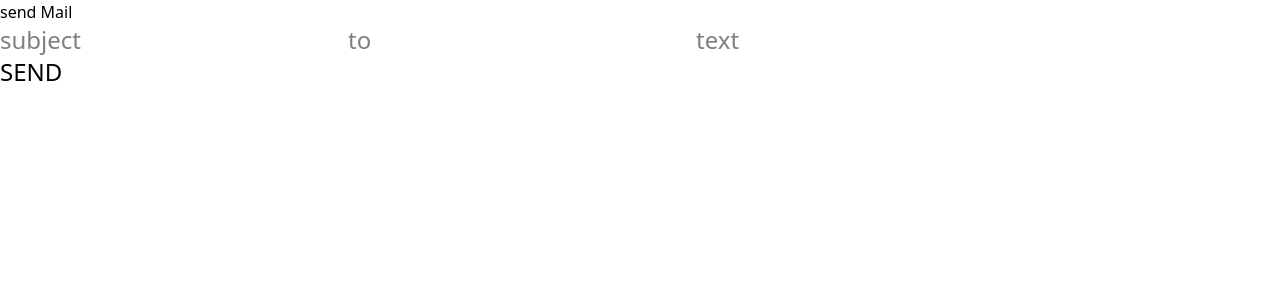
Repository: ridhukhan/sendmail
Page: / (app in Frontend/)
These files come from the project's save history. The page is drawn as it stood at one moment and after the next save; the edit follows.
The browser window is 1280 px wide. The pictures show the whole page.
The project was rebuilt for these pictures with package versions that can differ from the ones it lists, and the page was loaded fresh each time.

Above is the page before, as saved 2026-02-10 14:52:19.

After the next save:
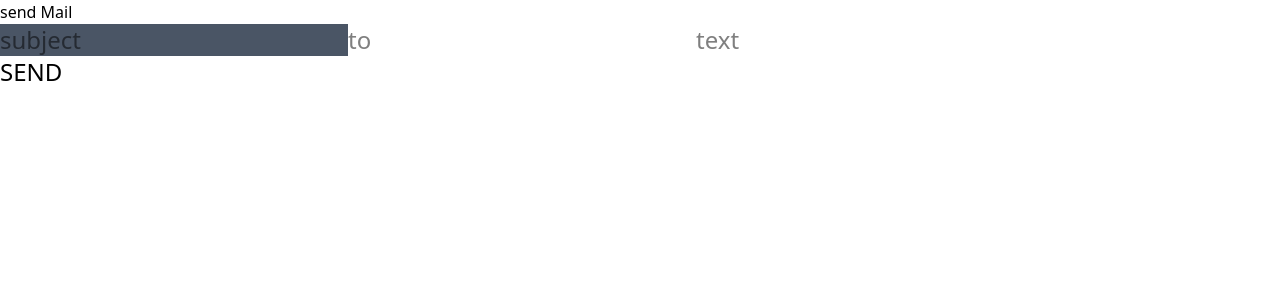
Saved 28 s later.
--- a/Frontend/src/App.jsx
+++ b/Frontend/src/App.jsx
@@ -5,7 +5,7 @@ function App() {
     <>
     <h1>send Mail </h1>
     <form className="flex-col text-2xl align-middle justify-center">
-<input type="text" name="" id="" placeholder='subject'/>
+<input type="text" name="" id="" placeholder='subject' className="bg-gray-600"/>
 
 
 <input type="email" name="" id="" placeholder='to' />
